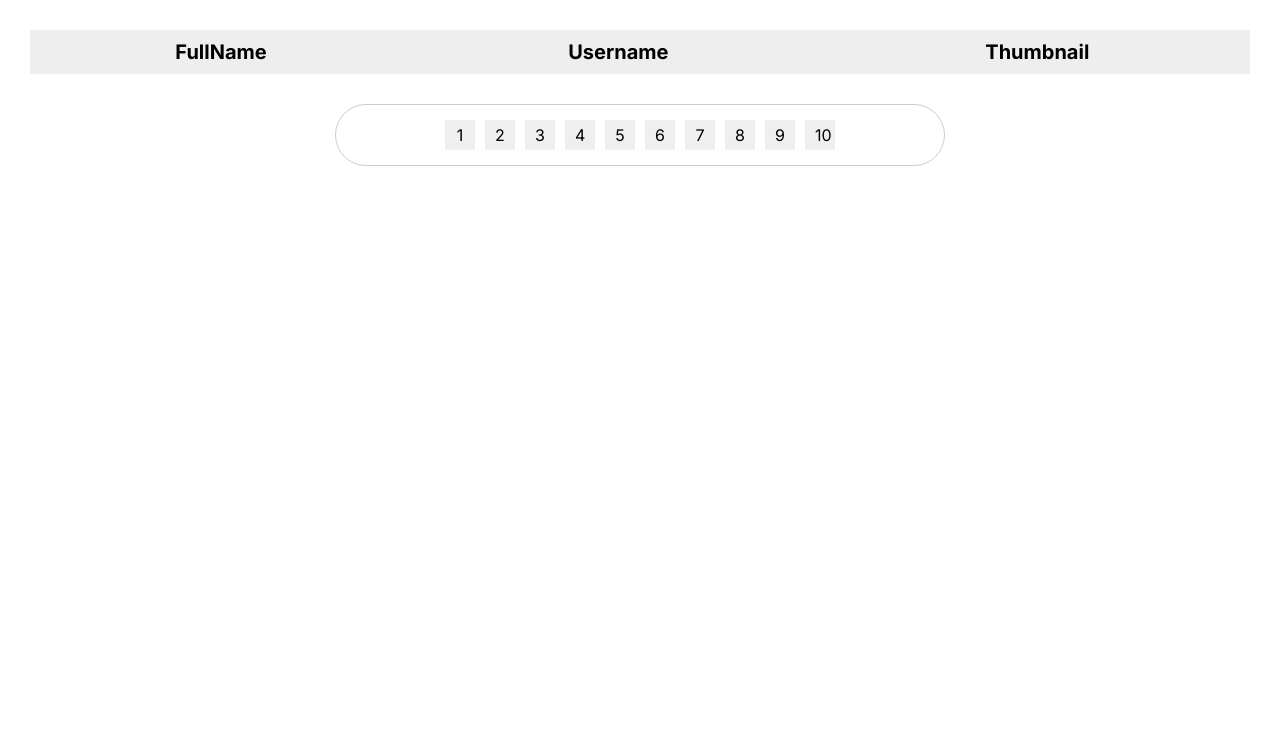
Repository: hoang0508/Test-FrontendReactJs-Twendee
Page: /
The author's editor kept a copy of each file at every save. The page is drawn from the files as they stood at one save, then again after a run of saves.
The browser window is 1280 px wide. The pictures show the whole page.
The page's requests for data from a server got no answer. The project was rebuilt for these pictures with package versions that can differ from the ones it lists, and the page was loaded fresh each time. No one was signed in, and anything a server would have sent is missing.

Above is the page before, as saved 2023-02-06 21:42:11.

### src/index.tsx
import React from "react";
import ReactDOM from "react-dom/client";
import "./index.scss";
import App from "./App";
import reportWebVitals from "./reportWebVitals";
import { Provider } from "react-redux";
import store from "./redux/store";

const root = ReactDOM.createRoot(
  document.getElementById("root") as HTMLElement
);
root.render(
  <React.StrictMode>
    <Provider store={store}>
      <App />
    </Provider>
  </React.StrictMode>
);

// If you want to start measuring performance in your app, pass a function
// to log results (for example: reportWebVitals(console.log))
// or send to an analytics endpoint. Learn more: https://bit.ly/CRA-vitals
reportWebVitals();

### src/index.scss
@import url("https://fonts.googleapis.com/css2?family=Inter:wght@300;400;500;600;700&display=swap");
*,
*:before,
*:after {
  box-sizing: border-box;
}
* {
  margin: 0;
  padding: 0;
  font: inherit;
}
img,
picture,
svg,
video {
  display: block;
  max-width: 100%;
}
body {
  min-height: 100vh;
  font-family: "Inter", sans-serif;
}

### src/App.tsx
import UserTable from "./components/UserTable";

function App() {
  return (
    <div>
      <UserTable />
    </div>
  );
}

export default App;

### src/redux/store.tsx
import { configureStore, combineReducers } from "@reduxjs/toolkit";
import usersSlice from "./usersSlice";

const reducer = combineReducers({
  users: usersSlice,
});

const store = configureStore({
  reducer: reducer,
  middleware: (getDefaultMiddleware) =>
    getDefaultMiddleware({
      serializableCheck: false,
    }).concat(),
});

export type RootState = ReturnType<typeof store.getState>;

export type AppDispatch = typeof store.dispatch;

export default store;

### src/components/UserTable.tsx
import React, { useEffect } from "react";
import { useDispatch, useSelector } from "react-redux";
import { RootState } from "../redux/store";
import { fetchDataUser, setCurrentPage } from "../redux/usersSlice";
import { ItemData } from "../utils/type";
import Pagination from "./Pagination";
import { v4 } from "uuid";
import "./UserTable.scss";

const UserTable = () => {
  const usersPerPage = 10;
  // dispatch redux
  const dispatch = useDispatch();
  const { users, currentPage } = useSelector((state: any) => state.users);

  useEffect(() => {
    dispatch(
      fetchDataUser({
        currentPage,
        numberPerPage: usersPerPage,
      })
    );
  }, [currentPage, dispatch, usersPerPage]);

  // Change page
  const handlePaginate = (pageNumber: number) =>
    dispatch(setCurrentPage(pageNumber));

  // Get current users
  const currentUsers = users?.results;
  console.log(
    "🚀 ~ file: UserTable.tsx:28 ~ UserTable ~ currentUsers",
    currentUsers
  );

  return (
    <>
      <div className="userTable">
        <table className="userTable-table">
          <thead>
            <tr>
              <th>FullName</th>
              <th>Username</th>
              <th>Thumbnail</th>
            </tr>
          </thead>
          <tbody>
            {currentUsers &&
              currentUsers.length > 0 &&
              currentUsers.map((user: ItemData) => (
                <tr key={v4()}>
                  <td>
                    <span>{user?.name?.title}</span>
                    <span>{user?.name?.first}</span>
                    <span>{user?.name?.last}</span>
                  </td>
                  <td>{user?.login?.username}</td>
                  <td>
                    <div className="image-user">
                      <img src={user?.picture?.thumbnail} alt="" />
                    </div>
                  </td>
                </tr>
              ))}
          </tbody>
        </table>
        <Pagination
          usersPerPage={usersPerPage}
          handlePaginate={handlePaginate}
        />
      </div>
    </>
  );
};

export default UserTable;

### src/redux/usersSlice.tsx
import { createAsyncThunk, createSlice } from "@reduxjs/toolkit";
import axios from "../api/apiConfig";

interface IData {
  currentPage: number;
  numberPerPage: number;
}

// Fectch Data Users
export const fetchDataUser: any = createAsyncThunk(
  "users/fetchUsers",
  async (data: IData, thunkAPI) => {
    const res = await axios.get(
      `?page=${data?.currentPage}&results=${data?.numberPerPage}`
    );
    return res;
  }
);

const userSlice = createSlice({
  name: "user",
  initialState: {
    users: [],
    currentPage: 1,
  },
  reducers: {
    setCurrentPage: (state, action) => ({
      ...state,
      currentPage: action.payload,
    }),
  },
  extraReducers: (builder) => {
    // Add reducers for additional action types here, and handle loading state as needed
    builder.addCase(fetchDataUser.fulfilled, (state: any, action) => {
      // Add user to the state array
      state.users = action.payload;
    });
  },
});

export const { setCurrentPage } = userSlice.actions;
export default userSlice.reducer;

### src/components/Pagination.tsx
import { useSelector } from "react-redux";
import { RootState } from "../redux/store";
import { TotalUser } from "../utils/enum";

interface PropsPagination {
  usersPerPage: number;
  handlePaginate: (itemNunber: number) => void;
}

const Pagination = ({ usersPerPage, handlePaginate }: PropsPagination) => {
  const pageNumbers = [];
  for (let i = 1; i <= Math.ceil(TotalUser.TOTAL_USER / usersPerPage); i++) {
    pageNumbers.push(i);
  }
  const { currentPage } = useSelector((state: RootState) => state.users);

  return (
    <nav>
      <ul className="pagination">
        {pageNumbers.map((itemNumber: number) => (
          <li
            key={itemNumber}
            className={`page-item ${
              currentPage === itemNumber ? "active-page" : ""
            }`}
          >
            <button
              onClick={() => handlePaginate(itemNumber)}
              className="page-link"
            >
              {itemNumber}
            </button>
          </li>
        ))}
      </ul>
    </nav>
  );
};

export default Pagination;

### src/components/UserTable.scss
.userTable {
  margin: 30px;
  &-table {
    border-collapse: collapse;
    width: 100%;
    font-family: "Inter", sans-serif;
  }

  thead {
    background-color: #eee;
    th {
      padding: 10px;
      font-size: 20px;
      font-weight: 700;
    }
  }

  td {
    border: 1px solid #dddddd;
    text-align: center;
    padding: 10px;
    .image-user {
      width: 80px;
      height: 80;
      margin: 0 auto;
      img {
        width: 100%;
        height: 100%;
        object-fit: cover;
        border: 3px solid #fff;
        border-radius: 100rem;
      }
    }
  }

  tr:nth-child(even) {
    background-color: #dddddd;
    font-weight: 600;
  }
}

.pagination {
  display: flex;
  justify-content: center;
  align-items: center;
  gap: 0 10px;
  margin-top: 30px;
  list-style: none;
  border: 1px solid #ccc;
  border-radius: 100rem;
  padding: 15px;
  width: 50%;
  margin: 30px auto 0;
  button.page-link {
    width: 30px;
    height: 30px;
    cursor: pointer;
    border: 0;
    padding: 3px 10px;
  }
}

### src/api/apiConfig.ts
import axios from "axios";

const instance = axios.create({
  baseURL: "https://randomuser.me/api/",
});

// Add a request interceptor
instance.interceptors.request.use(
  function (config) {
    // Do something before request is sent
    return config;
  },
  function (error) {
    // Do something with request error
    return Promise.reject(error);
  }
);

// Add a response interceptor
instance.interceptors.response.use(
  function (response) {
    return response && response?.data ? response?.data : response;
  },
  function (error) {
    // Any status codes that falls outside the range of 2xx cause this function to trigger
    // Do something with response error
    return error && error?.message ? error?.message : Promise.reject(error);
  }
);

export default instance;

### src/utils/enum.ts
export enum TotalUser {
  TOTAL_USER = 100,
}

Loaded but not shown: public/index.html (common file); src/reportWebVitals.ts (common file)

After the next 2 saves:
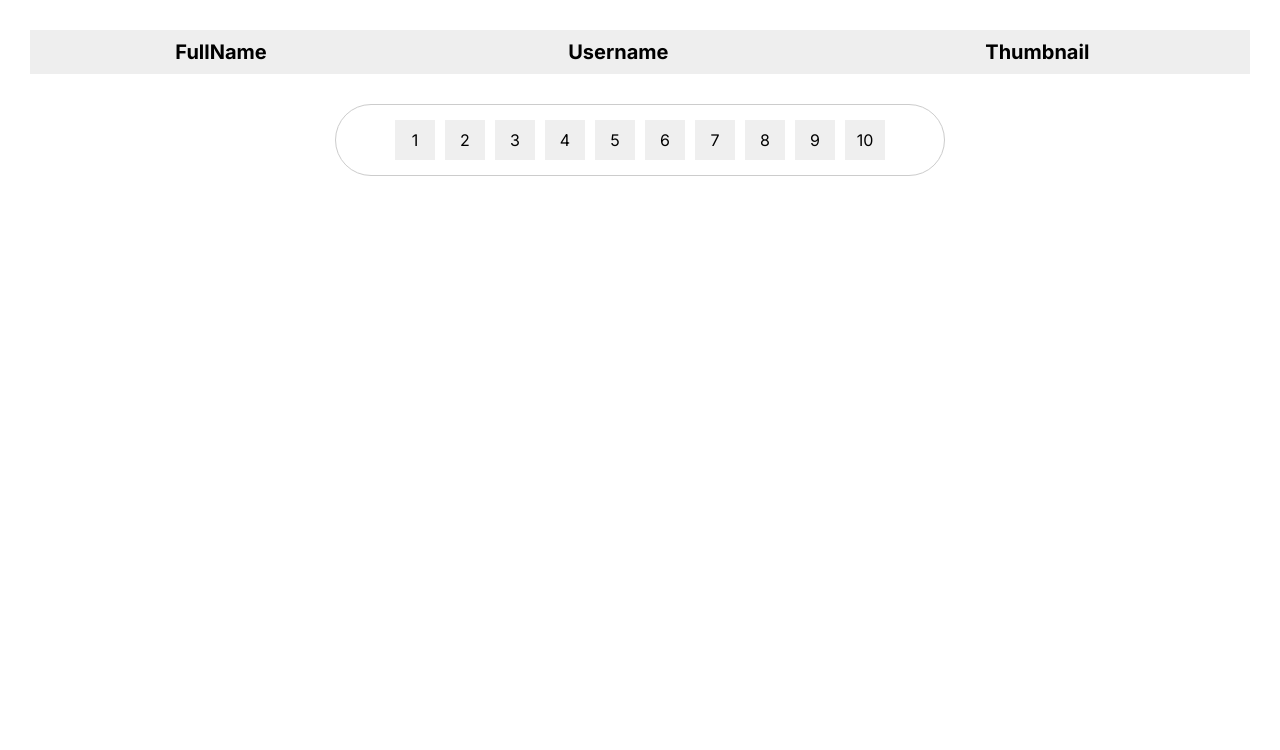
The 2 saves are shown as one change because they came seconds apart.
The last was saved 10 s later.
--- a/src/components/UserTable.scss
+++ b/src/components/UserTable.scss
@@ -52,10 +52,10 @@
   width: 50%;
   margin: 30px auto 0;
   button.page-link {
-    width: 30px;
-    height: 30px;
+    width: 40px;
+    height: 40px;
     cursor: pointer;
     border: 0;
-    padding: 3px 10px;
+    padding: 5px 10px;
   }
 }
